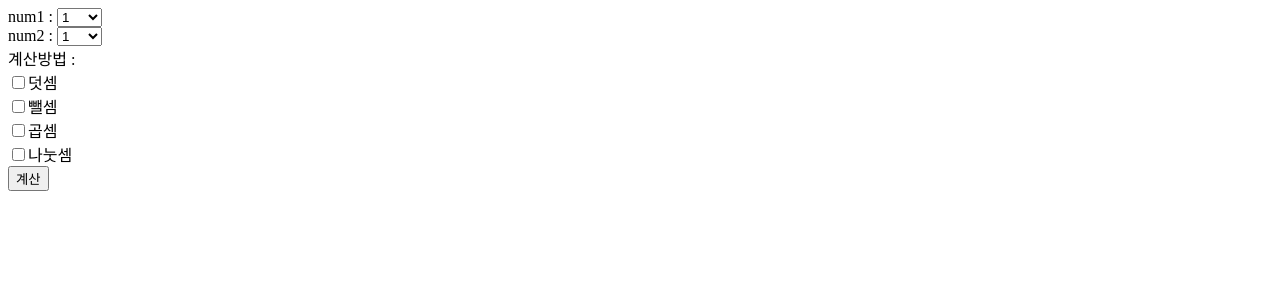
Repository: tjdwlsaos22/TJ_JSP
Page: http://localhost/JSP/num3.jsp
The author's editor kept a copy of each file at every save. The page is drawn from the files as they stood at one save, then again after the next save.
The browser window is 1280 px wide. The pictures show the whole page.
The page is served by Tomcat 9.

Above is the page before, as saved 2024-01-18 06:01:18.

### jsp/JSP/src/main/webapp/num3.jsp
<%@ page language="java" contentType="text/html; charset=UTF-8"
    pageEncoding="UTF-8"%>
<!DOCTYPE html>
<html>
<head>
<meta charset="UTF-8">
<title>Insert title here</title>
</head>
<body>
	<form action="num4.jsp" method="get">
		num1 :
			<select name="number1">
            <% for (int i = 1; i <= 100; i++) { %>
                <option value="<%= i %>"><%= i %></option>
            <% } %>
			</select><br>
		num2 :
			<select name="number2">
            <% for (int i = 1; i <= 100; i++) { %>
                <option value="<%= i %>"><%= i %></option>
            <% } %>
			</select><br>
		계산방법 :<br>
			<input type="checkbox" name="hobby" value="add" >덧셈<br>
			<input type="checkbox" name="hobby" value="minus" >뺄셈<br>
			<input type="checkbox" name="hobby" value="mul">곱셈<br>
			<input type="checkbox" name="hobby" value="div">나눗셈 <br>

			<input type="submit" value="계산">


</body>
</html>

After the next save:
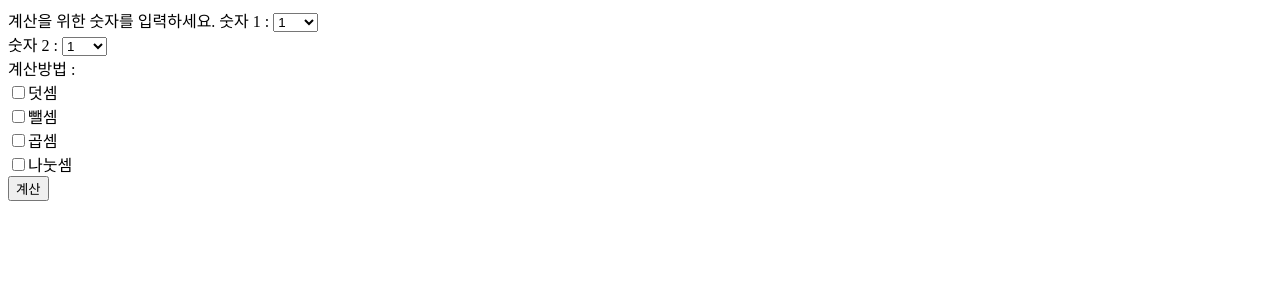
Saved 48 s later.
--- a/jsp/JSP/src/main/webapp/num3.jsp
+++ b/jsp/JSP/src/main/webapp/num3.jsp
@@ -8,13 +8,14 @@
 </head>
 <body>
 	<form action="num4.jsp" method="get">
-		num1 :
+		계산을 위한 숫자를 입력하세요.
+		숫자 1 :
 			<select name="number1">
             <% for (int i = 1; i <= 100; i++) { %>
                 <option value="<%= i %>"><%= i %></option>
             <% } %>
 			</select><br>
-		num2 :
+		숫자 2 :
 			<select name="number2">
             <% for (int i = 1; i <= 100; i++) { %>
                 <option value="<%= i %>"><%= i %></option>
